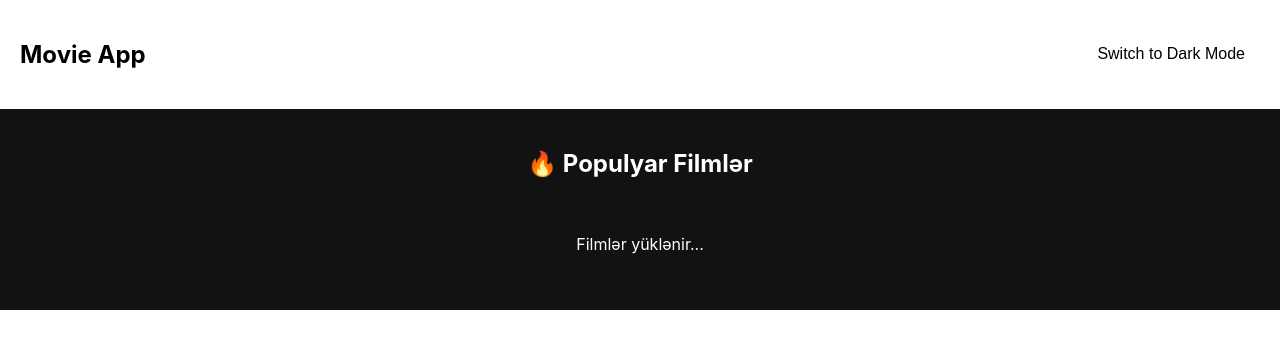
Repository: Zulfiyya077/InternIntelligence_MovieWebsite
Page: /
These files come from the project's save history. The page is drawn as it stood at one moment and after the next save; the edit follows.
The browser window is 1280 px wide. The pictures show the whole page.
The page's requests for data from a server got no answer. The project was rebuilt for these pictures with package versions that can differ from the ones it lists, and the page was loaded fresh each time. No one was signed in, and anything a server would have sent is missing. Also part of the build but not shown: vite.config.js, src/components/MovieCard.module.css, src/components/MovieCard.jsx, src/pages/MovieDetailsPage.module.css, src/pages/MovieDetailsPage.jsx, src/pages/SearchResultsPage.module.css, src/pages/SearchResultsPage.jsx, src/pages/About.module.css and 3 more.

Above is the page before, as saved 2025-02-24 00:49:09.

### src/App.jsx
import React, { useState, useEffect } from 'react';
import { BrowserRouter as Router, Routes, Route } from 'react-router-dom';
import Home from './pages/Home';
import MovieDetailsPage from './pages/MovieDetailsPage';
import SearchResultsPage from './pages/SearchResultsPage';
import About from './pages/About';
import Contact from './pages/Contact';
import Navbar from './components/Navbar';
import styles from './App.module.css';

const App = () => {
    const [darkMode, setDarkMode] = useState(false);

    useEffect(() => {
        // İstifadəçinin əvvəlki seçimlərini yükləyirik
        const savedMode = localStorage.getItem('theme');
        if (savedMode) {
            setDarkMode(savedMode === 'dark');
        }
    }, []);

    useEffect(() => {
        // Mövzu dəyişikliyini localStorage-də saxlamaq
        localStorage.setItem('theme', darkMode ? 'dark' : 'light');
        document.body.className = darkMode ? 'dark' : 'light';
    }, [darkMode]);

    return (
        <Router>
            <div className={styles.app}>
                <Navbar darkMode={darkMode} setDarkMode={setDarkMode} />
                <Routes>
                    <Route path="/" element={<Home />} />
                    <Route path="/movie/:id" element={<MovieDetailsPage />} />
                    <Route path="/search/:query" element={<SearchResultsPage />} />
                    <Route path="/about" element={<About />} />
                    <Route path="/contact" element={<Contact />} />
                </Routes>
            </div>
        </Router>
    );
};

export default App;

### src/pages/Home.jsx
import React, { useState, useEffect } from 'react';
import { getPopularMovies } from '../services/MovieService';
import MovieCard from '../components/MovieCard';
import styles from './Home.module.css';

const Home = () => {
    const [movies, setMovies] = useState([]);

    useEffect(() => {
        const fetchMovies = async () => {
            const data = await getPopularMovies();
            setMovies(data.results);
        };

        fetchMovies();
    }, []);

    return (
        <div className={styles.home}>
            <h2>🔥 Populyar Filmlər</h2>
            <div className={styles.movieList}>
                {movies.length > 0 ? (
                    movies.map((movie) => <MovieCard key={movie.id} movie={movie} />)
                ) : (
                    <p>Filmlər yüklənir...</p>
                )}
            </div>
        </div>
    );
};

export default Home;

### src/components/Navbar.jsx
// src/components/Navbar.jsx
import React from 'react';
import styles from './Navbar.module.css';

const Navbar = ({ darkMode, setDarkMode }) => {
    const toggleTheme = () => {
        setDarkMode(prevMode => !prevMode);
    };

    return (
        <nav className={styles.navbar}>
            <h1>Movie App</h1>
            <button onClick={toggleTheme} className={styles.themeButton}>
                {darkMode ? 'Switch to Light Mode' : 'Switch to Dark Mode'}
            </button>
        </nav>
    );
};

export default Navbar;

### src/services/MovieService.jsx
import axios from 'axios';

const API_KEY = '347d82ea465848c0e545ed15f4366554'; // Buraya TMDB API açarını əlavə et
const BASE_URL = 'https://api.themoviedb.org/3';

// Axios instance yaradılır
const api = axios.create({
    baseURL: BASE_URL,
    params: {
        api_key: API_KEY,
        language: 'en-US',
    },
});

// Populyar filmləri gətirən funksiya
export const getPopularMovies = async () => {
    try {
        const response = await api.get('/movie/popular');
        return response.data;
    } catch (error) {
        console.error('Populyar filmlər yüklənərkən xəta baş verdi:', error);
        return { results: [] };
    }
};

// Axtarış funksiyası
export const searchMovies = async (query) => {
    try {
        const response = await api.get('/search/movie', {
            params: { query },
        });
        return response.data;
    } catch (error) {
        console.error('Film axtarışı zamanı xəta baş verdi:', error);
        return { results: [] };
    }
};

// Film detallarını gətirən funksiya
export const getMovieDetails = async (movieId) => {
    try {
        const response = await api.get(`/movie/${movieId}`);
        return response.data;
    } catch (error) {
        console.error('Film detalları yüklənərkən xəta baş verdi:', error);
        return null;
    }
};

### src/pages/Home.module.css
.home {
    padding: 20px;
    text-align: center;
    background-color: #121212;
    color: white;
}

.movieList {
    display: grid;
    grid-template-columns: repeat(auto-fit, minmax(200px, 1fr));
    gap: 20px;
    padding: 20px;
    justify-items: center;
}

### src/components/Navbar.module.css
/* src/components/Navbar.module.css */
.navbar {
    display: flex;
    justify-content: space-between;
    align-items: center;
    padding: 20px;
    background-color: var(--navbar-background);
    color: var(--navbar-color);
}

.themeButton {
    padding: 10px 15px;
    background-color: var(--button-background);
    border: none;
    color: var(--button-color);
    cursor: pointer;
    border-radius: 5px;
    font-size: 1rem;
}

.themeButton:hover {
    background-color: var(--button-hover-background);
}

### src/App.module.css
.app-container {
  display: flex;
  flex-direction: column;
  align-items: center;
  padding: 20px;
}

.movie-list {
  display: flex;
  flex-wrap: wrap;
  justify-content: center;
}

.movie-card {
  margin: 10px;
  border: 1px solid #ccc; /* İsteğe bağlı */
  padding: 10px; /* İsteğe bağlı */
}

.movie-card img {
  max-width: 200px; /* İsteğe bağlı */
}

Loaded but not shown: index.html (common file); src/main.jsx (common file); src/index.css (common file)

After the next save:
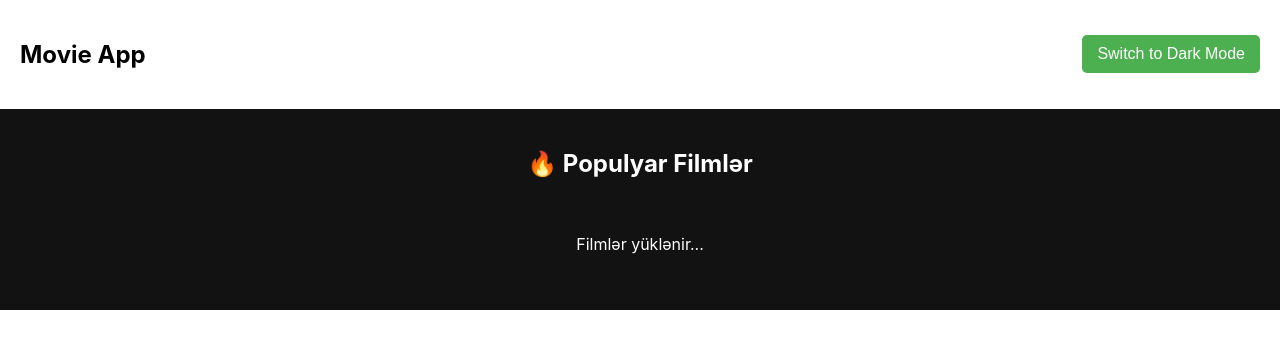
Saved 21 s later.
--- a/src/App.module.css
+++ b/src/App.module.css
@@ -20,3 +20,40 @@
 .movie-card img {
   max-width: 200px; /* İsteğe bağlı */
 }
+
+/* src/App.module.css */
+:root {
+  --navbar-background: #fff;
+  --navbar-color: #000;
+  --button-background: #4CAF50;
+  --button-color: #fff;
+  --button-hover-background: #45a049;
+  --background: #fff;
+  --color: #000;
+}
+
+body.dark {
+  --navbar-background: #222;
+  --navbar-color: #fff;
+  --button-background: #333;
+  --button-color: #fff;
+  --button-hover-background: #444;
+  --background: #121212;
+  --color: #fff;
+}
+
+body.light {
+  --navbar-background: #fff;
+  --navbar-color: #000;
+  --button-background: #4CAF50;
+  --button-color: #fff;
+  --button-hover-background: #45a049;
+  --background: #fff;
+  --color: #000;
+}
+
+.app {
+  background-color: var(--background);
+  color: var(--color);
+  min-height: 100vh;
+}

After the save that followed:
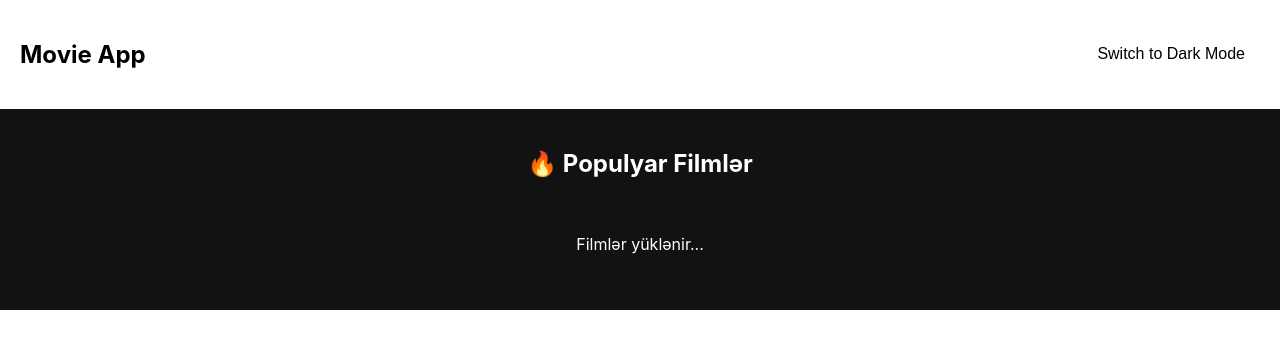
Saved 26 s later.
--- a/src/App.module.css
+++ b/src/App.module.css
@@ -1,4 +1,4 @@
-.app-container {
+/* .app-container {
   display: flex;
   flex-direction: column;
   align-items: center;
@@ -19,7 +19,7 @@
 
 .movie-card img {
   max-width: 200px; /* İsteğe bağlı */
-}
+} */
 
 /* src/App.module.css */
 :root {
